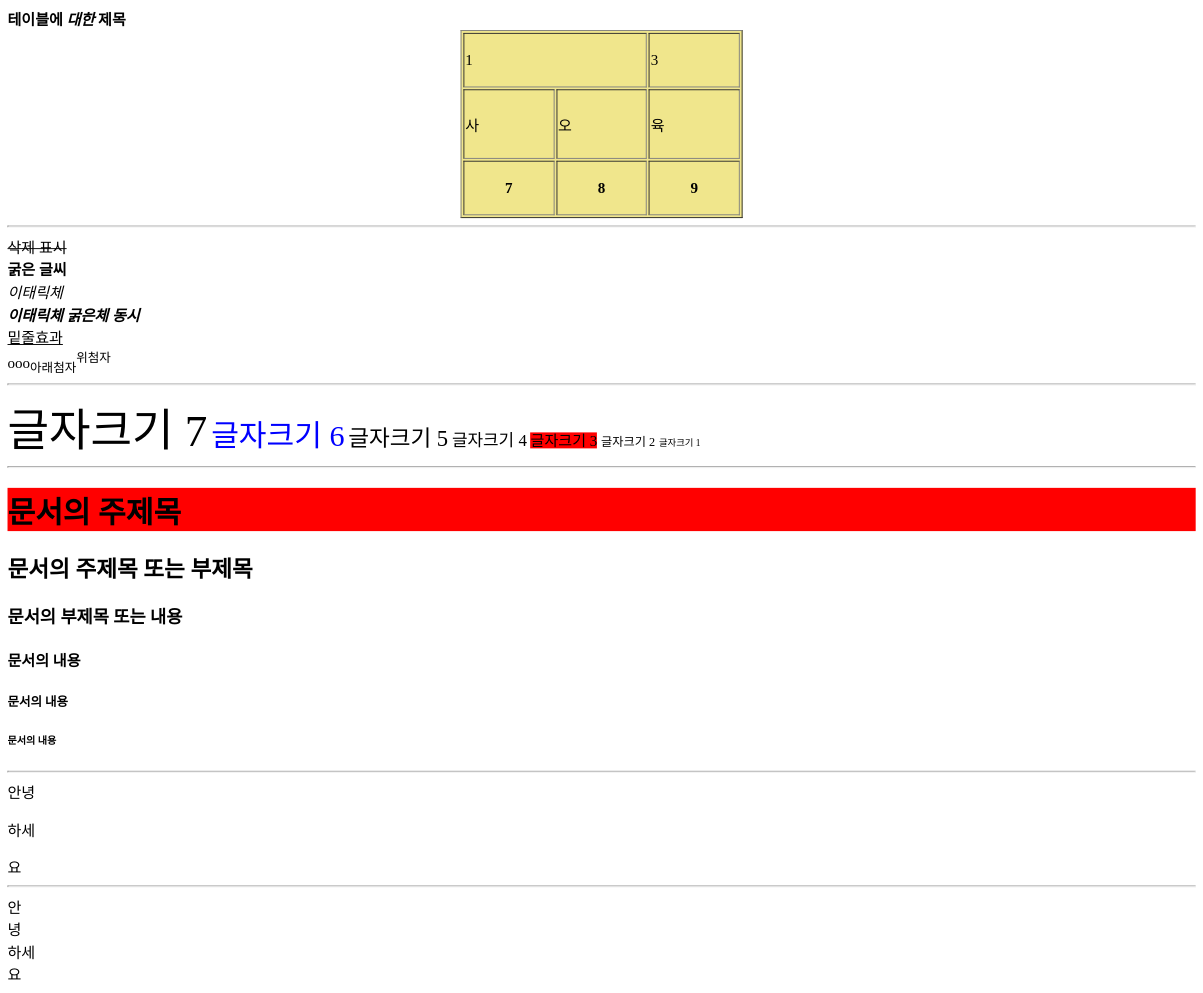
Repository: hui-Joo/html
Page: html/day01.html
The author's editor kept a copy of each file at every save. The page is drawn from the files as they stood at one save, then again after the next save.
The browser window is 1280 px wide. The pictures show the whole page, at 94% of full size.

Above is the page before, as saved 2021-10-04 05:29:11.

### html/day01.html
<!DOCTYPE html>
<html>
<head>
<meta charset="utf-8"> <!-- 이건 없어됨 꺽쇠 느낌표 바바가 주석임 -->
<title>Insert title here</title>
</head>
<!--
<body text="white" bgcolor="black">
-->
<body>

<table border="1" align="center" height="200" width="300" bgcolor="khaki">
	<captoin> <b>테이블에 <i>대한</i> 제목</b> </captoin>
	<tr>
		<td colspan="2">1</td><td>3</td>

	</tr>
	<tr>
		<td>사</td><td>오</td><td>육</td>

	</tr>
	<tr>
		<th>7</th><th>8</th><th>9</th>

	</tr>
</table>

<hr>

<strike>삭제 표시</strike><br>
<b>굵은 글씨</b><br>
<i>이태릭체</i><br>
<i><b>이태릭체 굵은체 동시</b></i><br>
<u>밑줄효과</u><br>
ooo<sub>아래첨자</sub><sup>위첨자</sup>

<hr>

<font size="7">글자크기 7</font>
<font size="6" face="궁서체" color='blue'>글자크기 6</font>
<font size="5">글자크기 5</font>
<font size="4">글자크기 4</font>
<font size="3" style="background-color: red;">글자크기 3</font>
<font size="2">글자크기 2</font>
<font size="1">글자크기 1</font>

<hr>

<h1 style="background-color: red;">문서의 주제목</h1>
<h2>문서의 주제목 또는 부제목</h2>
<h3>문서의 부제목 또는 내용</h3>
<h4>문서의 내용</h4>
<h5>문서의 내용</h5>
<h6>문서의 내용</h6>

<hr>
	안녕
	<p>하세</p>
	요
<hr>
	안<br>녕<br>
	하세<br>
	요
<!--
	안녕하세요~
-->
</body>
</html>

After the next save:
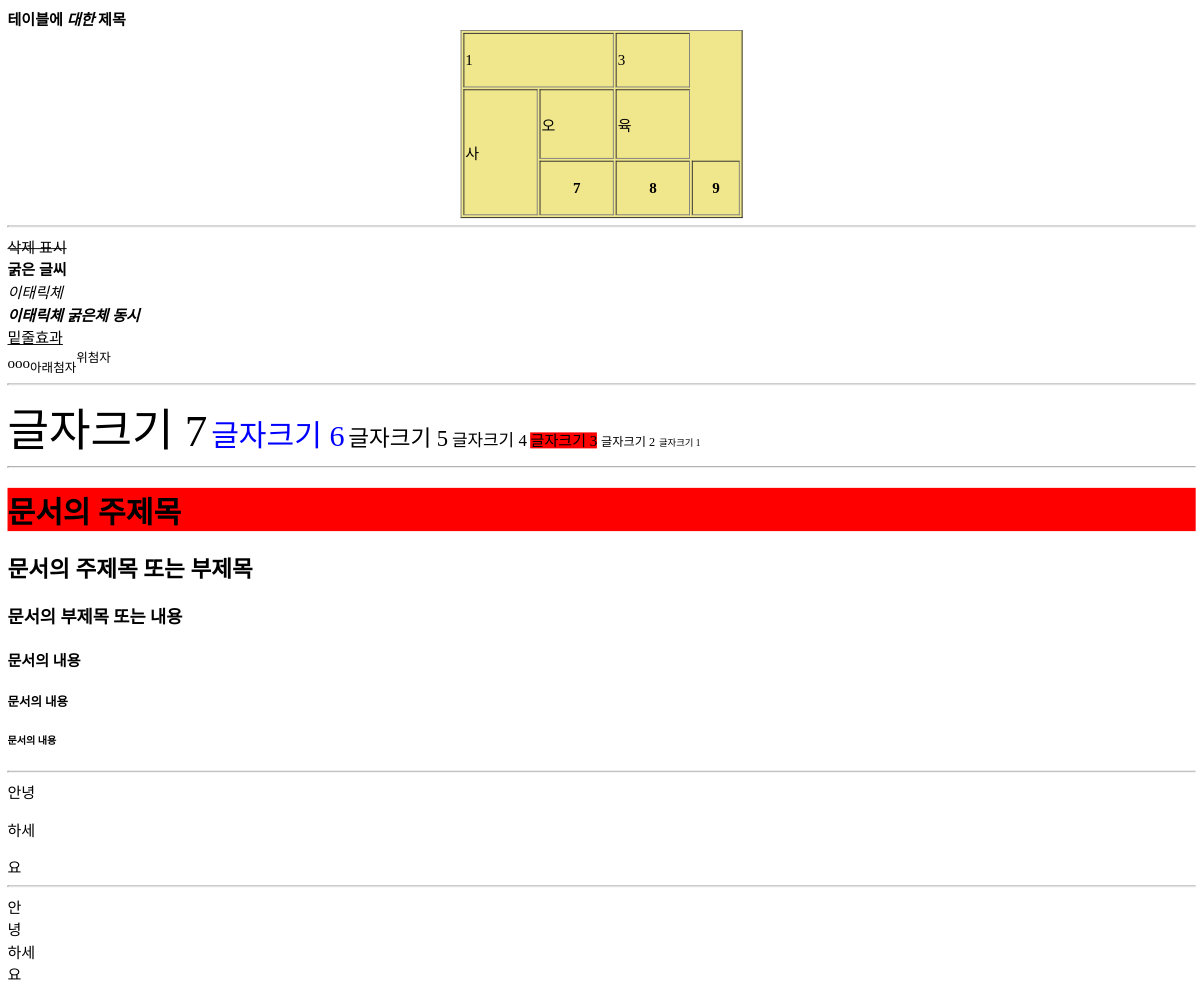
Saved 32 s later.
--- a/html/day01.html
+++ b/html/day01.html
@@ -16,7 +16,7 @@
 
 	</tr>
 	<tr>
-		<td>사</td><td>오</td><td>육</td>
+		<td rowspan="2">사</td><td>오</td><td>육</td>
 
 	</tr>
 	<tr>
